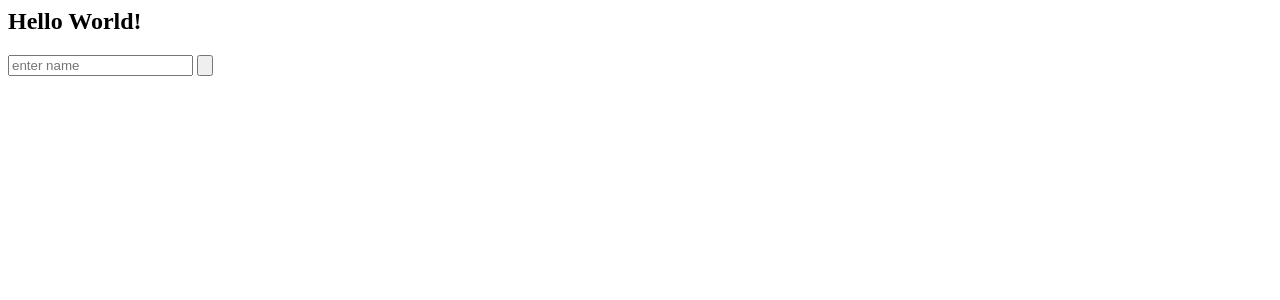
Repository: Ganesh9986320435/AllProjectsFromYestYantra
Page: http://localhost/jspproject1/
These files come from the project's save history. The page is drawn as it stood at one moment and after the next save; the edit follows.
The browser window is 1280 px wide. The pictures show the whole page.
The page is served by Tomcat 9. Other server files are loaded and not shown.

Above is the page before, as saved 2023-01-30 05:53:58.

### jspproject1/src/main/webapp/index.jsp
<html>
<body>
<h2>Hello World!</h2>
<form action="first">
<input type="text" name="firstname" placeholder="enter name">
<input type="button" >













</form>
</body>
</html>

After the next save:
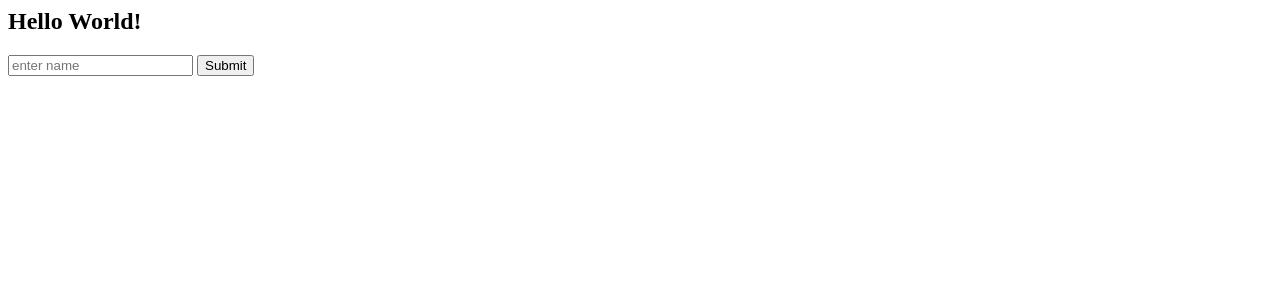
Saved 6 s later.
--- a/jspproject1/src/main/webapp/index.jsp
+++ b/jspproject1/src/main/webapp/index.jsp
@@ -3,7 +3,7 @@
 <h2>Hello World!</h2>
 <form action="first">
 <input type="text" name="firstname" placeholder="enter name">
-<input type="button" >
+<input type="submit" >
 
 
 
